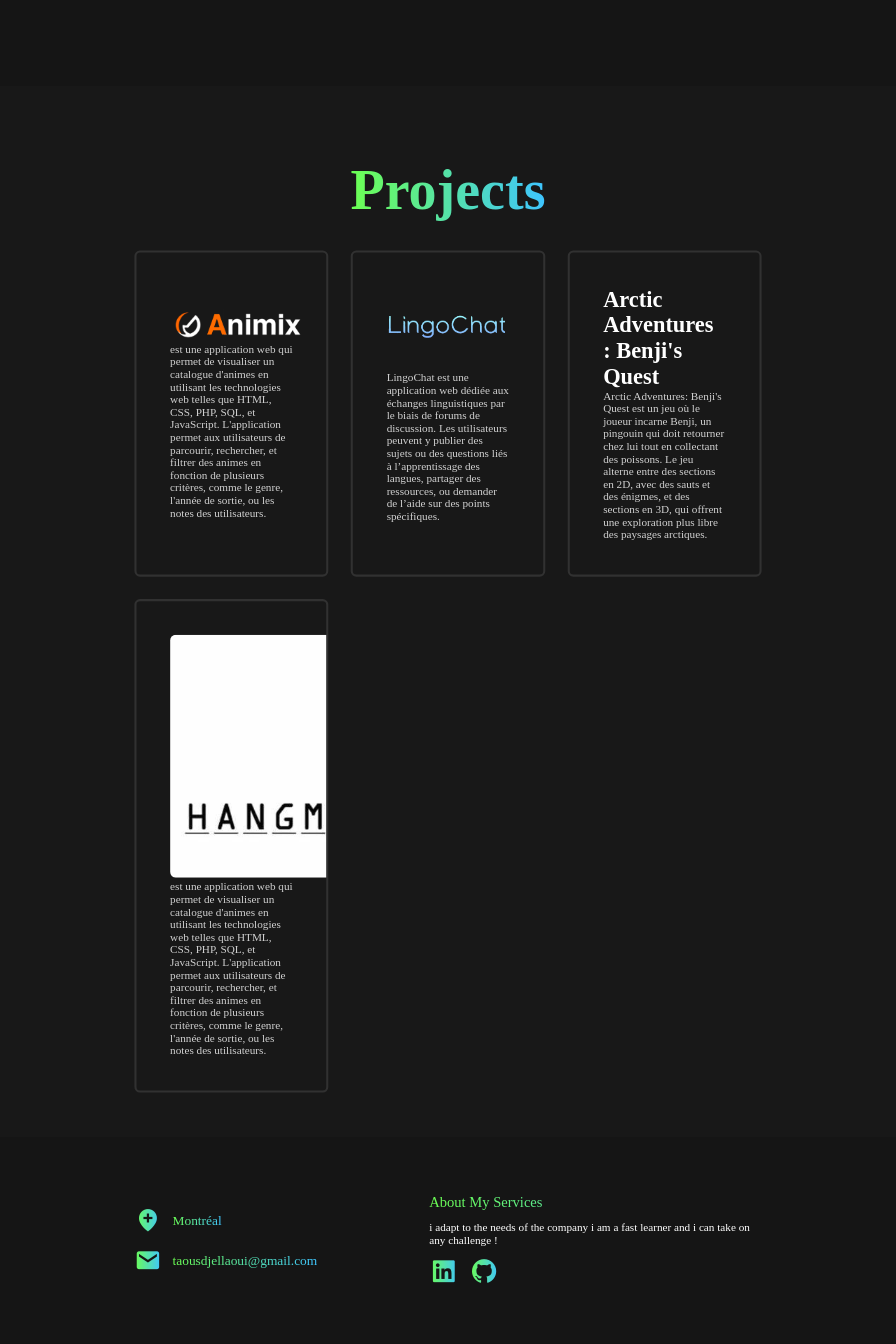
Repository: taousdjellaoui/portfolio-
Page: index.html
An editor plug-in stored every save of this project. The page is shown before and after the next save, followed by the edit.
The browser window is 1280 px wide. The pictures show the part of the page from y = 1317 to 3237 px (the page is 3237 px tall before and 3057 px after), at 70% of full size.

Above is the page before, as saved 2024-10-25 13:37:27.

### index.html
<!DOCTYPE html>
<html lang="en">
  <head>
    <meta charset="UTF-8" />
    <meta name="viewport" content="width=device-width, initial-scale=1.0" />
    <title>Portfolio Website</title>
    <link rel="stylesheet" href="css/style.css" />
    <link href='https://unpkg.com/boxicons@2.1.4/css/boxicons.min.css' rel='stylesheet'>
  </head>
  <body>
    <nav>
      <a href="#" class="logo"><span>Taous Djellaoui</span></a>
      <ul class="links">
        <a href="#home">Home</a>
        <a href="#about">About</a>
        <a href="#projects">Projects</a>

        <i class='bx bx-menu-alt-right' id="Menu"></i>
      </ul>
      <a href="#contact" class="btn">Contact Me</a>

    </nav>
    <section id="home">

      <div class="info-box">

        <h1><span>Hello I'm Taous !</span></h1>
        <h3><span>Web and mobile Development student</span> in montréal</h3>
        <p>i am looking to be an intern in web development or mobile development , i am a student
           at Cégep de Rosemont , and this is a simple  website i created using HTML, CSS and Javascript </p>
      </div>

    </section>

    <section id="about">
      <div class="about-box">
        <div class="about-info">
          <h1><span>About Me</span></h1>
          <p>very curious and always love to learn new things   </p>

        </div>
        <h2><span>Skills</span></h2>
        <div class="skills">
          <ul>
            <li>
              <p><i class='bx bx-chevron-right' ></i>HTML & CSS</p>
            </li>
            <li>
              <p><i class='bx bx-chevron-right' ></i>JAVA</p>
            </li>
            <li>
              <p><i class='bx bx-chevron-right' ></i>JAVASCRIPT</p>
            </li>
            <li>
              <p><i class='bx bx-chevron-right' ></i>KOTLIN</p>
            </li>
          </ul>
          <ul>
            <li>
              <p><i class='bx bx-chevron-right' ></i>REACT & ANGULAR</p>
            </li>
            <li>
              <p><i class='bx bx-chevron-right' ></i>ASP.Net</p>
            </li>
            <li>
              <p><i class='bx bx-chevron-right' ></i>MYSQL</p>
            </li>
            <li>
              <p><i class='bx bx-chevron-right' ></i>SPRING BOOT</p>
            </li>
          </ul>
        </div>

      </div>
      <img src="images/Computer-Science-Pictures.jpg" alt="">
    </section>
    <section id="projects">
      <h1 class="header"><span>Projects</span></h1>
      <div class="projects-container">
        <div class="box">
          <a href="https://github.com/taousdjellaoui/animix">
          <img src="images/logo-animix.png" alt="">
          <p>est une application web qui permet de visualiser un catalogue d'animes en utilisant les technologies web telles que HTML, CSS, PHP, SQL, et JavaScript. L'application permet aux utilisateurs de parcourir, rechercher, et filtrer des animes en fonction de plusieurs critères,
            comme le genre, l'année de sortie, ou les notes des utilisateurs.</p>
          </a>
        </div>
        <div class="box">
          <img src="images/logoLingoChat.png" alt="">

          <p>
            LingoChat est une application web dédiée aux échanges linguistiques par le biais de forums de discussion. Les utilisateurs peuvent y publier des sujets ou des questions liés à l’apprentissage des langues, partager
            des ressources, ou demander de l’aide sur des points spécifiques.</p>
        </div>
       <div class="box">
        <a href="https://taousdjellaoui.itch.io/arctic-adventures-benjis-quest">
          <h1>Arctic Adventures : Benji's Quest</h1>
          <p>Arctic Adventures: Benji's Quest est un jeu où le
            joueur incarne Benji, un pingouin qui doit retourner chez lui tout en
            collectant des poissons. Le jeu alterne entre des sections en 2D, avec des sauts et des
            énigmes, et des sections en 3D, qui offrent une exploration plus libre des paysages arctiques. </p>
          </a>
        </div>
        <div class="box">
          <a href="https://github.com/taousdjellaoui/animix">
          <img src="images/HangMan.jpg" alt="">
          <p>est une application web qui permet de visualiser un catalogue d'animes en utilisant les technologies web telles que HTML, CSS, PHP, SQL, et JavaScript. L'application permet aux utilisateurs de parcourir, rechercher, et filtrer des animes en fonction de plusieurs critères,
            comme le genre, l'année de sortie, ou les notes des utilisateurs.</p>
          </a>
        </div>
      </div>
    </section>
    <footer id="contact">
      <div class="col-left">
        <div class="col-box">
          <span><i class='bx bxs-location-plus' ></i></span>
          <span>Montréal</span>
        </div>
        <div class="col-box">
          <span><i class='bx bxs-envelope' ></i></span>
          <span>taousdjellaoui@gmail.com</span>
        </div>
      </div>
      <div class="col-right">
        <span>About My Services</span>
        <p> i adapt to the needs of the company i am a fast learner and i can take on any challenge !</p>
        <div class="social-icons">
          <span><a href="https://www.linkedin.com/in/taous-djellaoui-2874a1187/"><i class='bx bxl-linkedin-square' ></i></a></span>
          <span><a href="https://github.com/taousdjellaoui"><i class='bx bxl-github' ></i></a></span>
        </div>

      </div>
    </footer>

    <script src="script.js"></script>
  </body>
</html>

### css/style.css
* {
  margin: 0;
  padding: 0;
  box-sizing: border-box;
  text-decoration: none;
  list-style: none;
  scroll-behavior: smooth;
  font-family: "Poppins";
}
:root {
  --background: rgb(24, 24, 24);
  --second-background: rgb(21, 21, 21);
}
body{
  min-height: 100vh;
  background-color: var(--background);
}
nav{
position:fixed;
top:0;
width: 100%;
padding: 2em 15%;
display: flex;
align-items: center;
justify-content: space-between;
background-color:rgba(15,15,15,0.8);
backdrop-filter: blur(10px);
z-index: 1000;
}
ul{
  display:flex;
  align-items: center;
  gap: 3em;

}
nav ul a{
  color: white;
  opacity: 0.7;
  transition:0.2s ease-in-out;
}
nav ul a:hover{
  opacity: 1;

}
.logo{
  font-size:2em;
  color: white;
  font-weight: 800;
  opacity: 0.8;
  transition: 0.2s ease-in-out;

}
.logo:hover{
  opacity: 1;
}
.btn{
  padding : 0.5em 1em;
  color : white;
  font-weight: 500;
  letter-spacing:1px ;
  border-radius: 0.5em;
  font-size: 1.1em;
  border: 2px solid white;
  cursor: pointer;
  transition: 0.3s ease-in-out;

}
.btn:hover{
  background-color: white;
  color: var(--background);

}
span{
  background: linear-gradient(to right,#6cff52,#3ec5ff);
  background-clip: text;
  color:transparent;
}
#menu{
  color:white;
  font-size:3em;
  display:none;
}
section{
  min-height: 100vh;
  padding: 5% 15%;
}
#home{
display: flex;
flex-direction: column;
align-items:center;
justify-content: center;
gap:2em;
color:white;

}
#home img{
width:30vw;
border-radius: 1%;
margin-top: 3em;

}
.info-box{
  display: flex;
  flex-direction: column;
  text-align: center;
  gap: 0.5em;
  max-width: 500px;

}
.info-box h1{
  font-size:4em;
  font-weight: 500;
}
.info-box h3{
  font-size:2em;
  font-weight: 400;
}
.info-box p{
 opacity:0.7;
}
.btn-box{
  display: flex;
  gap: 1em;
}
.btn-box .btn:nth-of-type(2){
  background-color:white;
  color: var(--background)
}
.btn-box .btn:nth-of-type(2):hover{
  background-color: var(--background);
  color:white;

}
::-webkit-scrollbar{
  width: 20px;
  background-color: var(--background);
}
::-webkit-scrollbar-thumb{
  background: linear-gradient(to bottom,#788077,#a8b2b7);

}
#about{
  background-color: var(--second-background);
  display: flex;
  align-items:center;
  justify-content: center;
  gap: 5em;

}
#about img{
  width: 50vw;
  border-radius:1em;

}
.about-box{
  display:flex;
  flex-direction: column;
  text-align: left;
  gap: 2em;
}
.about-box h1{
  font-size: 4em;
}
.about-box p{
color:white;
opacity:0.8;
}
.skills{
  display:flex;
  text-align: left;
  gap: 10em;

}
.skills ul{
  font-size: 1em;
  font-weight: 500;
  display:flex;
  flex-direction: column;
  color:white;
  opacity:0.8;
  align-items: baseline;
}
.skills ul li p{
  color: white ;
  display: flex;
  align-items:center;
  gap : 0.5em;
   font-size: 1.2em;
   transition:0.3s ease-in-out;
}
.skills ul li p:hover{
  transform: translateX(10px);
}
.skills ul li i{
 font-size:1.2em;

}
.about-box h2{
  font-size: 2.5em;
}
#projects{
  background-color: var(--background);
}
.header{
  text-align: center;
  font-size: 5em;
  margin:0.5em 0;
}
.projects-container{
  display:grid;
  grid-template-columns: repeat(auto-fit,minmax(250px,1fr));
  gap:2em;
}
.box{
  border:3px solid rgb(49, 49, 49);
border-radius: 0.5em;
display: flex;
flex-direction: column;
justify-content: center;
overflow: hidden;
object-fit: cover;
padding:3em ;
gap: 2em;
color:white;
cursor:pointer;
transition:0.3s ease-in-out;
}
.box:hover{
  border: 3px solid rgb(100,100,100);
}
.box p{
  opacity:0.8;
}
.box h1{
  font-size: 2em;
}
.box img{
 min-width:25px;
 border-radius:0.5em;
}
footer{
  display: flex;
  align-items:center;
  justify-content: center;
  gap:10em;
  bottom:0;
  background-color: var(--second-background);
  width:100%;
  padding: 5em 15%;
}
.col-left{
  display:flex;
  flex-direction:column;
  gap : 1em;
}
.col-box{
  display: flex;
  align-items:center;
  gap : 1em;
}
.col-box i{
  font-size: 2em;
}
.col-box span{
  font-size: 1.2em;
}
.col-right{
  display:flex;
  flex-direction: column;
  gap:1em;
  color:white;
  max-width:500px;
}
.col-right span{
  font-size: 1.3em;
}
.col-right .social-icons{
  display:flex;
  align-items:baseline;
  justify-content: left;
  gap: 1em;
}
.col-right .social-icons i{
  font-size :2em;
  transition: 0.2s ease-in-out;
  cursor: pointer;
}
.social-icons i:hover{
  color:white;
}
a {
  color: inherit;
}

Loaded but not shown: script.js (no stored copy; drawn as an empty file)

After the next save:
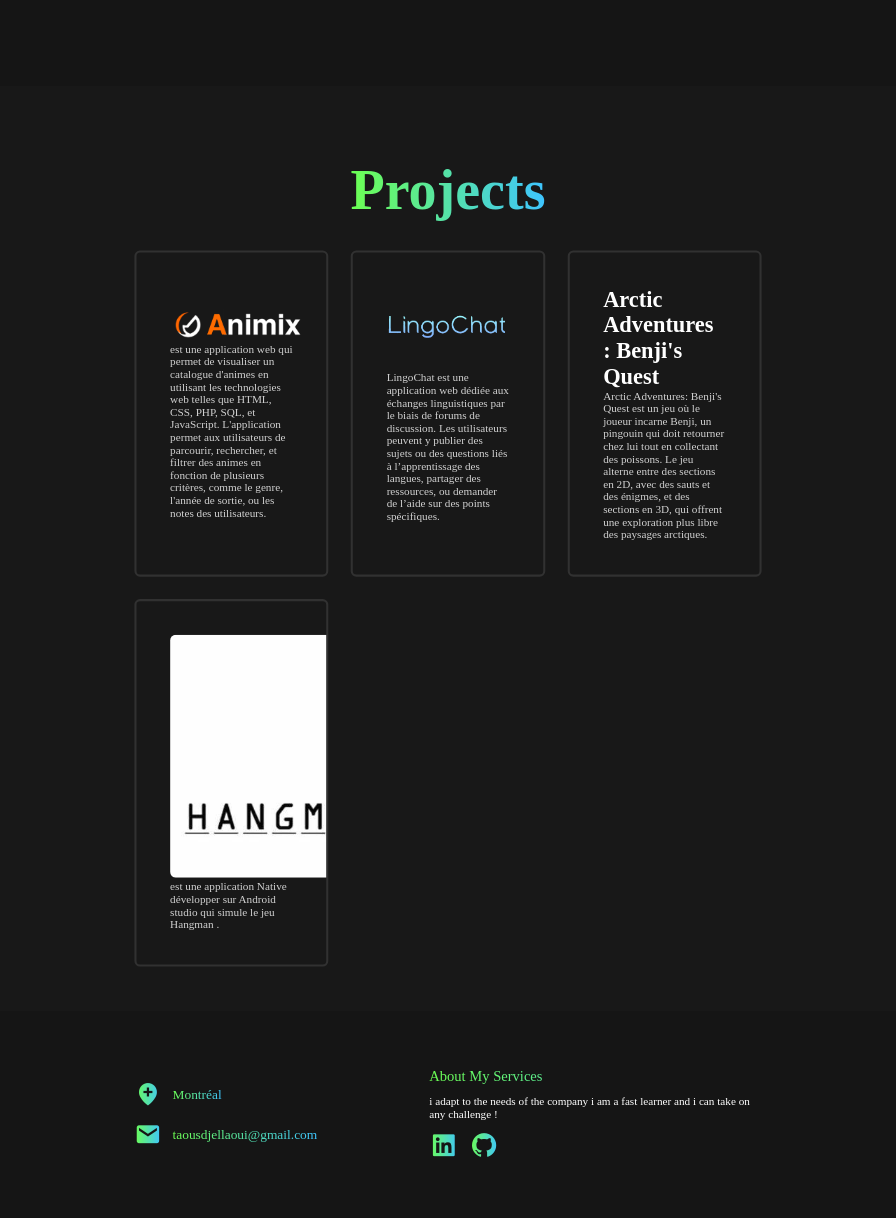
Saved 48 s later.
--- a/index.html
+++ b/index.html
@@ -103,8 +103,7 @@
         <div class="box">
           <a href="https://github.com/taousdjellaoui/animix">
           <img src="images/HangMan.jpg" alt="">
-          <p>est une application web qui permet de visualiser un catalogue d'animes en utilisant les technologies web telles que HTML, CSS, PHP, SQL, et JavaScript. L'application permet aux utilisateurs de parcourir, rechercher, et filtrer des animes en fonction de plusieurs critères,
-            comme le genre, l'année de sortie, ou les notes des utilisateurs.</p>
+          <p>est une application Native développer sur Android studio qui simule le jeu Hangman .</p>
           </a>
         </div>
       </div>
